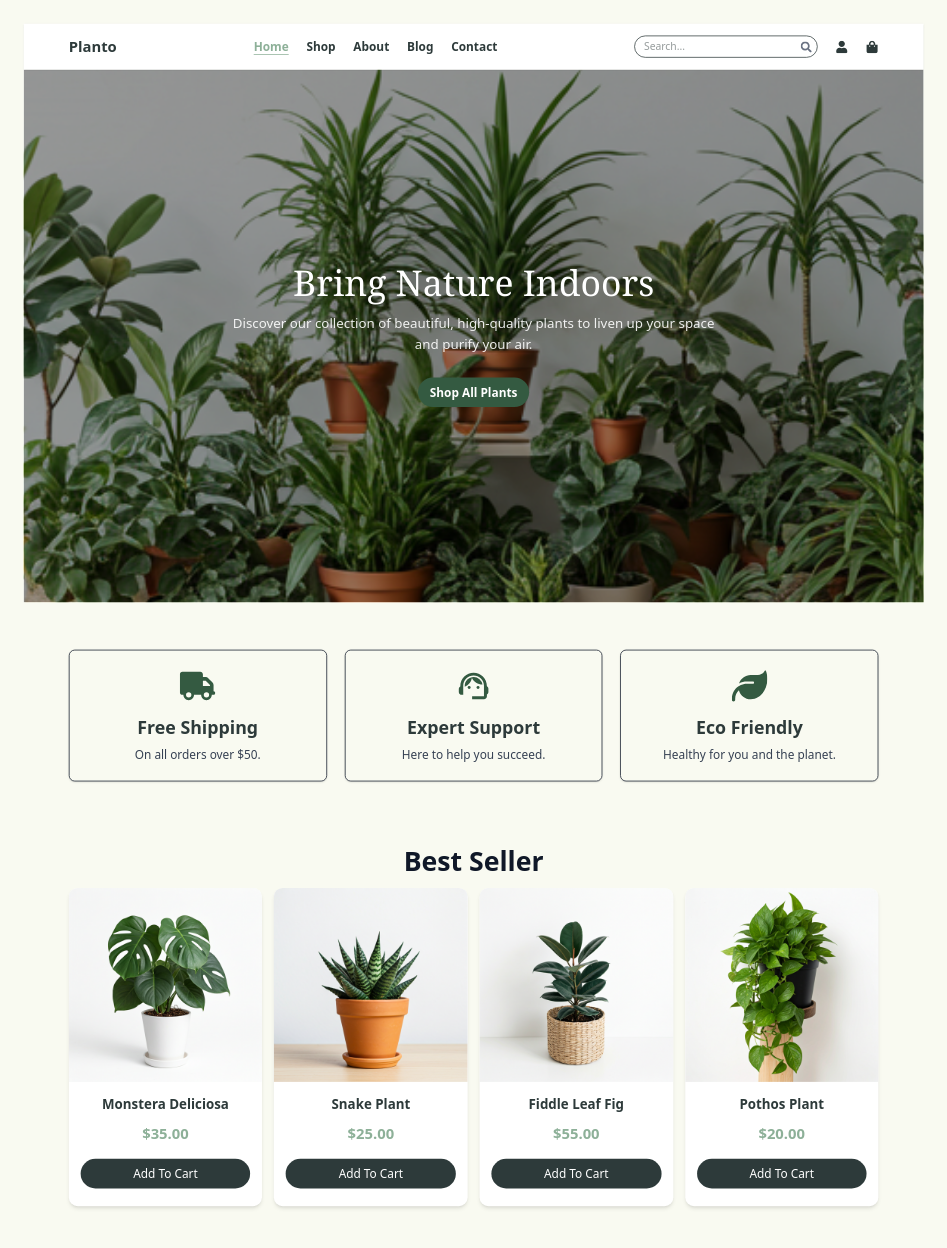
Repository: mazenessam99/Planto
Page: /
The author's editor kept a copy of each file at every save. The page is drawn from the files as they stood at one save, then again after the next save.
The browser window is 1280 px wide. The pictures show the whole page, at 74% of full size.
The project was rebuilt for these pictures with package versions that can differ from the ones it lists, and the page was loaded fresh each time. Also part of the build but not shown: vite.config.js.

Above is the page before, as saved 2025-11-22 23:24:51.

### index.html
<!doctype html>
<html lang="en">
  <head>
    <meta charset="UTF-8" />
    <link rel="icon" type="image/svg+xml" href="/vite.svg" />
    <meta name="viewport" content="width=device-width, initial-scale=1.0" />
    <title>plants_website</title>
  </head>
  <body>
    <div id="root"></div>
    <script type="module" src="/src/main.jsx"></script>
  </body>
</html>

### src/index.css
@import "tailwindcss";
@import "tailwindcss/theme" layer(theme);
@theme {
  --color-primary: #2D3A3A;
  --color-forest:#386641;
  --color-green:#345A41;
  --color-secondary: #8DB098;
  --color-Terracotta: #C27357;
  --color-sky:#B0D0D3;
  --font-cairo: "Cairo", sans-serif;
  --spacing-128: 32rem;
}

/* ----- BASE ----- */
@layer base {
  body {
    @apply  bg-[#F9FAF1] text-gray-900;
  }
}

/* ----- COMPONENTS ----- */
@layer components {
  .btn {
    @apply bg-primary text-white px-4 py-2 rounded-full cursor-pointer ;
  }
  .btn-green{
    @apply bg-green ;
  }

  .card {
    @apply bg-white p-6 rounded-xl shadow;
  }

}
/* Scrollbar width */
::-webkit-scrollbar {
  width: 8px;
}

/* Scrollbar track  */
::-webkit-scrollbar-track {
  background: #2D3A3A;
  border-radius: 8px;
}

/* Scrollbar thumb  */
::-webkit-scrollbar-thumb {
  background-color: #8DB098;
  border-radius: 8px;
}

::-webkit-scrollbar-thumb:hover {
  background-color: #789983;
}

.container{
  width:90%;
  margin:0 auto;
}

### src/App.jsx

import './App.css'
import Button from './components/ui/Button'
import Home from './pages/Home'

function App() {


  return (
    <>
      <Home/>


    </>
  )
}

export default App

### src/components/ui/Button.jsx
const Button = ({ children, className = "",variant="", ...props }) => {
    return (
        <button className={`btn btn-${variant} ${className}`} {...props}>
            {children}
        </button>
    )
}

export default Button

### src/pages/Home.jsx
import BestSeller from '../components/layout/BestSeller'
import DeliveryCard from '../components/layout/DeliveryCard'
import Hero from '../components/layout/Hero'
import Navbar from '../components/layout/Navbar'

const Home = () => {
  return (
    <div>
        <Navbar/>
        <Hero/>
        <DeliveryCard/>
        <BestSeller/>
    </div>
  )
}

export default Home

### src/components/layout/BestSeller.jsx
import React from 'react'
import { BESTSELLER_CARDS } from '../../utils/constants';
import ProductCard from '../ui/ProductCard';

const BestSeller = () => {
  return (
    <section className='container py-6'>
        <h2 className="text-4xl text-center font-bold mb-4">Best Seller</h2>
        <div className='grid grid-cols-1 sm:grid-cols-2 lg:grid-cols-4 gap-4'>
            {BESTSELLER_CARDS.map((card,index)=>(
                <ProductCard src={card.src} title={card.title} price={card.price}/>
        ))}
        </div>

    </section>
  )
}

export default BestSeller;

### src/components/layout/DeliveryCard.jsx
import { motion } from "framer-motion";
import { DELIVERY_CARDS } from "../../utils/constants";
import { FaTruck, FaLeaf } from "react-icons/fa6";
import { MdSupportAgent } from "react-icons/md";

const icons = {
  truck: <FaTruck />,
  support: <MdSupportAgent />,
  leaf: <FaLeaf />,
};

const DeliveryCards = () => {
  return (
    <section className="container py-16">
      <div className="grid grid-cols-1 sm:grid-cols-2 lg:grid-cols-3 gap-6">
        {DELIVERY_CARDS.map((card, index) => (
          <div key={card.id} className="flex flex-col items-center justify-center text-center p-6 border rounded-lg shadow hover:shadow-lg  transition">
            <div className="text-5xl text-green">
              {icons[card.icon]}
            </div>
            <h3 className="mt-4 mb-2 font-bold text-xl md:text-2xl text-primary">{card.title}</h3>
            <p className="text-gray-700 ">{card.desc}</p>
          </div>
        ))}

      </div>
    </section>
  );
};

export default DeliveryCards;

### src/components/layout/Hero.jsx
import { motion } from "framer-motion";
import HeroImg from "../../assets/images/Hero.png";
import Button from "../ui/Button";

const Hero = () => {
  return (
    <section
      className="relative h-screen overflow-hidden"
    >

      <motion.div
        className="absolute inset-0 bg-cover bg-center"
        style={{ backgroundImage: `url(${HeroImg})` }}
        animate={{ scale: [1, 1.05, 1] }}
        transition={{ duration: 10, repeat: Infinity, ease: "easeInOut" }}
      />

      {/* Overlay */}
      <div className="absolute inset-0 bg-black/40"></div>

      <div className="relative z-10 flex flex-col items-center justify-center h-full px-4 md:px-0 space-y-4 text-center">
        <motion.h1
          initial={{ y: -20, opacity: 0 }}
          animate={{ y: 0, opacity: 1 }}
          transition={{ duration: 0.8 }}
          className="text-white text-2xl md:text-4xl lg:text-5xl font-serif"
        >
          Bring Nature Indoors
        </motion.h1>

        <motion.h2
          initial={{ y: 20, opacity: 0 }}
          animate={{ y: 0, opacity: 1 }}
          transition={{ duration: 0.8, delay: 0.3 }}
          className="text-white/90 text-sm md:text-base lg:text-lg max-w-2xl font-normal"
        >
          Discover our collection of beautiful, high-quality plants to liven up your space and purify your air.
        </motion.h2>

        <motion.div
          initial={{ scale: 0.8, opacity: 0 }}
          animate={{ scale: 1, opacity: 1 }}
          transition={{ duration: 0.5, delay: 0.6 }}
        >
          <Button className="btn-green font-bold mt-4">Shop All Plants</Button>
        </motion.div>
      </div>
    </section>
  );
};

export default Hero;

### src/components/layout/Navbar.jsx
import { useState } from "react";
import { NavLink } from "react-router-dom";
import { NAVBAR_LINKS } from "../../utils/constants";
import { FaBars, FaSearch, FaUser, FaShoppingBag } from "react-icons/fa";
import { IoClose } from "react-icons/io5";
import { motion, AnimatePresence } from "framer-motion";

const Navbar = () => {
    const [menuOpen, setMenuOpen] = useState(false);

    return (
        <nav className="bg-white shadow sticky top-0 z-50 ">
            <div className="container flex justify-between items-center py-4">
                {/* Logo */}
                <a href="/" className="text-primary text-xl font-bold">Planto</a>

                {/* Desktop Links */}
                <ul className="hidden md:flex gap-6 items-center">
                    {NAVBAR_LINKS.map((link) => (
                        <li key={link.id}>
                            <NavLink
                                to={link.path}
                                className={({ isActive }) =>
                                    `text-primary font-semibold transition hover:text-secondary
                                ${isActive ? "text-secondary underline underline-offset-4" : ""}`
                                }
                            >
                                {link.label}
                            </NavLink>
                        </li>
                    ))}
                </ul>

                {/* Desktop Icons + Search */}
                <div className="hidden md:flex gap-6 items-center text-primary">
                    {/* Search input */}
                    <div className="relative">
                        <input
                            type="text"
                            placeholder="Search..."
                            className="border rounded-full pl-3 pr-8 py-1 text-sm focus:outline-none focus:ring-2 focus:ring-secondary"
                        />
                        <FaSearch size={15} className="absolute right-2 top-2 text-gray-500" />
                    </div>

                    <FaUser size={17} className="cursor-pointer hover:text-secondary" />
                    <FaShoppingBag size={17} className="cursor-pointer hover:text-secondary" />
                </div>

                {/* Mobile menu button */}
                <button
                    className="md:hidden text-primary"
                    onClick={() => setMenuOpen(true)}
                    aria-label="Open menu"
                    aria-expanded={menuOpen}
                >
                    <FaBars size={22} />
                </button>
            </div>

            {/* Mobile overlay + drawer (AnimatePresence for exit animation) */}
            <AnimatePresence>
                {menuOpen && (
                    <motion.div
                        className="md:hidden fixed inset-0 z-40"
                        initial={{ opacity: 0 }}
                        animate={{ opacity: 1 }}
                        exit={{ opacity: 0 }}
                        onClick={() => setMenuOpen(false)}
                    >
                        {/* Drawer */}
                        <motion.div
                            className="bg-white w-72 h-full shadow-lg p-6"
                            initial={{ x: "-100%" }}
                            animate={{ x: 0 }}
                            exit={{ x: "-100%" }}
                            transition={{ type: "linear", duration: 0.4 }}
                            onClick={(e) => e.stopPropagation()}
                        >
                            {/* Close */}
                            <div className="flex justify-between items-center mb-6">
                                <a href="/" className="text-lg font-bold text-primary">Planto</a>
                                <button onClick={() => setMenuOpen(false)} aria-label="Close menu">
                                    <IoClose size={26} className="text-primary" />
                                </button>
                            </div>

                            {/* Mobile Search */}
                            <div className="mb-4">
                                <div className="relative">
                                    <input
                                        type="text"
                                        placeholder="Search..."
                                        className="w-full border rounded-full pl-3 pr-8 py-2 text-sm focus:outline-none focus:ring-2 focus:ring-secondary"
                                    />
                                    <FaSearch size={15} className="absolute right-3 top-3 text-gray-500" />
                                </div>
                            </div>

                            {/* Links */}
                            <ul className="flex flex-col gap-4 text-primary font-semibold">
                                {NAVBAR_LINKS.map((link) => (
                                    <li key={link.id}>
                                        <NavLink
                                            to={link.path}
                                            onClick={() => setMenuOpen(false)}
                                            className={({ isActive }) =>
                                                `block py-2 ${isActive ? "text-secondary" : ""}`
                                            }
                                        >
                                            {link.label}
                                        </NavLink>
                                    </li>
                                ))}
                            </ul>

                            {/* Icons */}
                            <div className="flex gap-4 mt-6 text-primary">
                                <FaUser size={18} />
                                <FaShoppingBag size={18} />
                            </div>
                        </motion.div>
                    </motion.div>
                )}
            </AnimatePresence>
        </nav>
    );
};

export default Navbar;

### src/utils/constants.js
import img1 from "../../src/assets/images/Featured_1.png";
import img2 from "../../src/assets/images/Featured_2.png";
import img3 from "../../src/assets/images/Featured_3.png";
import img4 from "../../src/assets/images/Featured_4.png";
// Navbar_Links
export const NAVBAR_LINKS = [
    { id: 1, label: 'Home', path: '/' },
    { id: 2, label: 'Shop', path: '/shop' },
    { id: 3, label: 'About', path: '/about' },
    { id: 4, label: 'Blog', path: '/blog' },
    { id: 5, label: 'Contact', path: '/contact' },
];

// Delivery_Cards
export const DELIVERY_CARDS = [
    { id: 1, icon: "truck", title: "Free Shipping", desc: "On all orders over $50." },
    { id: 2, icon: "support", title: "Expert Support", desc: "Here to help you succeed." },
    { id: 3, icon: "leaf", title: "Eco Friendly", desc: "Healthy for you and the planet." },
];

// BESTSELLER_CARDS
export const BESTSELLER_CARDS=[
    {id:1,src:img1,title:'Monstera Deliciosa',price:'$35.00'},
    {id:2,src:img2,title:'Snake Plant',price:'$25.00'},
    {id:3,src:img3,title:'Fiddle Leaf Fig',price:'$55.00'},
    {id:4,src:img4,title:'Pothos Plant',price:'$20.00'}
]

### src/components/ui/ProductCard.jsx
import Button from "./Button";

const ProductCard = ({src,title,price,showButton=true,buttonText='Add To Cart'}) => {
  return (
    <div className="bg-white rounded-xl shadow-md overflow-hidden flex flex-col hover:shadow-xl transition-all">
      <div className="w-full h-  ">
        <img src={src} className="w-full h-full object-cover hover:scale-110 transition duration-500" alt={title}/>
      </div>
      <div className="p-4 flex flex-col gap-3">
        <h3 className="text-lg font-semibold text-primary">{title}</h3>
      <p className="font-bold text-xl text-secondary">{price}</p>
      {showButton&&(
        <Button className="my-2">
          {buttonText}
        </Button>
      )}
      </div>

    </div>
  )
}

export default ProductCard;

Loaded but not shown: src/main.jsx (common file); src/App.css (common file)

After the next save:
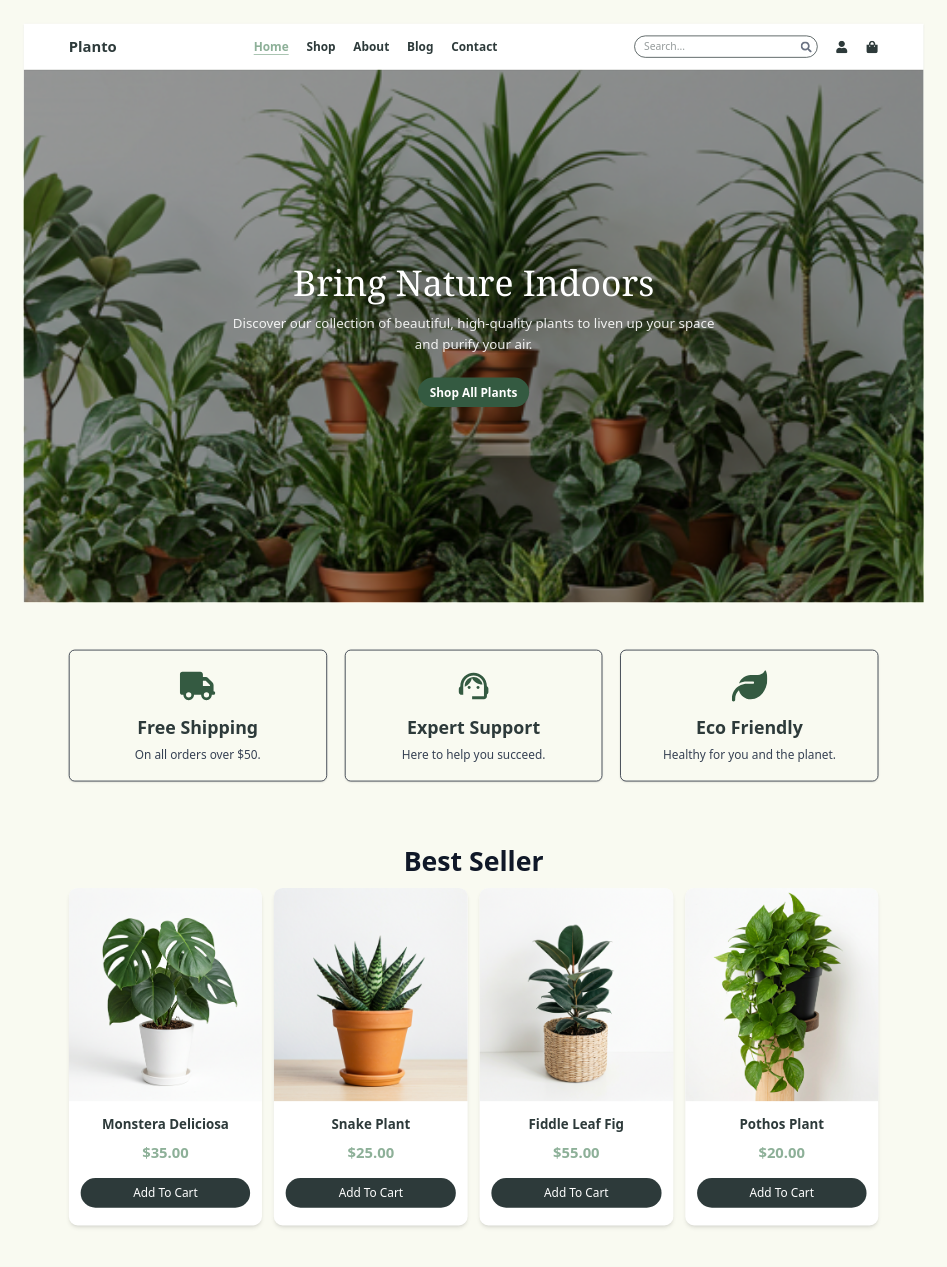
Saved 5 s later.
--- a/src/components/ui/ProductCard.jsx
+++ b/src/components/ui/ProductCard.jsx
@@ -3,7 +3,7 @@ import Button from "./Button";
 const ProductCard = ({src,title,price,showButton=true,buttonText='Add To Cart'}) => {
   return (
     <div className="bg-white rounded-xl shadow-md overflow-hidden flex flex-col hover:shadow-xl transition-all">
-      <div className="w-full h-  ">
+      <div className="w-full h-72  ">
         <img src={src} className="w-full h-full object-cover hover:scale-110 transition duration-500" alt={title}/>
       </div>
       <div className="p-4 flex flex-col gap-3">
